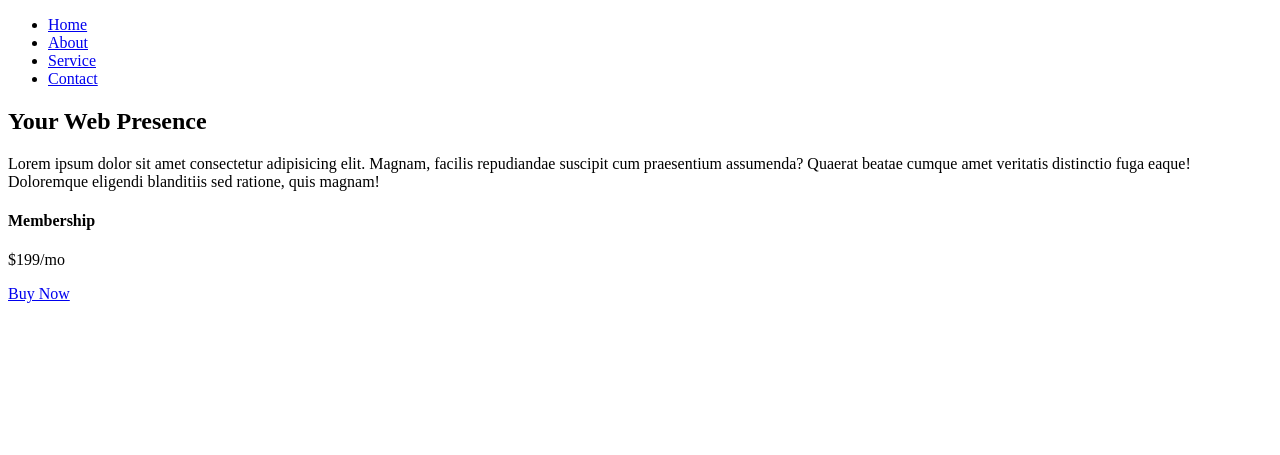
Repository: 1813404040072/grid-demo
Page: index.html
The author's editor kept a copy of each file at every save. The page is drawn from the files as they stood at one save, then again after the next save.
The browser window is 1280 px wide. The pictures show the whole page.
Some web libraries are served in a nearby version.

Above is the page before, as saved 2019-12-24 22:53:38.

After the next save:
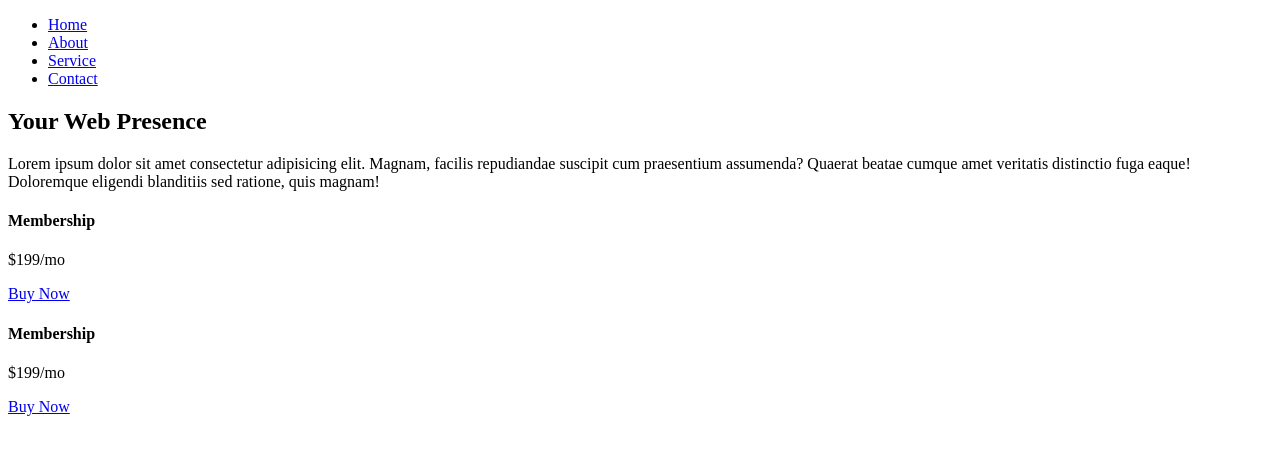
Saved 8 s later.
--- a/index.html
+++ b/index.html
@@ -31,6 +31,11 @@
                 <p class="price">$199/mo</p>
                 <a href="#"class="btn">Buy Now</a>
             </div>
+            <div class="top-box top-box-a">
+                <h4>Membership</h4>
+                <p class="price">$199/mo</p>
+                <a href="#"class="btn">Buy Now</a>
+            </div>
         </section>
     </div>
     <!-- wrapper Ends -->
